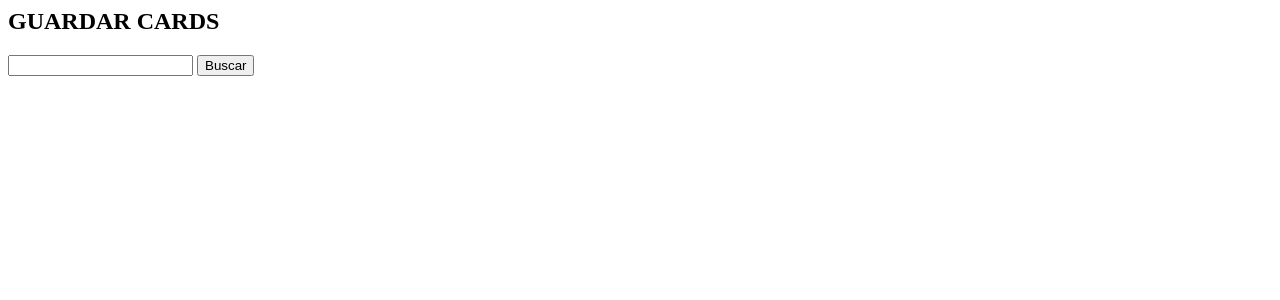
Repository: raalzate/creditcard
Page: CreditCardWeb/src/main/webapp/save.html
The author's editor kept a copy of each file at every save. The page is drawn from the files as they stood at one save, then again after the next save.
The browser window is 1280 px wide. The pictures show the whole page.

Above is the page before, as saved 2016-05-27 18:13:25.

### CreditCardWeb/src/main/webapp/save.html
<h2>GUARDAR CARDS</h2>
<div ng-controller="saveController">
	<input type="text" name="cedula" ng-model="cedula">
	<button name="buscar" ng-click="buscarCards()">Buscar</button>
</div>

After the next save:
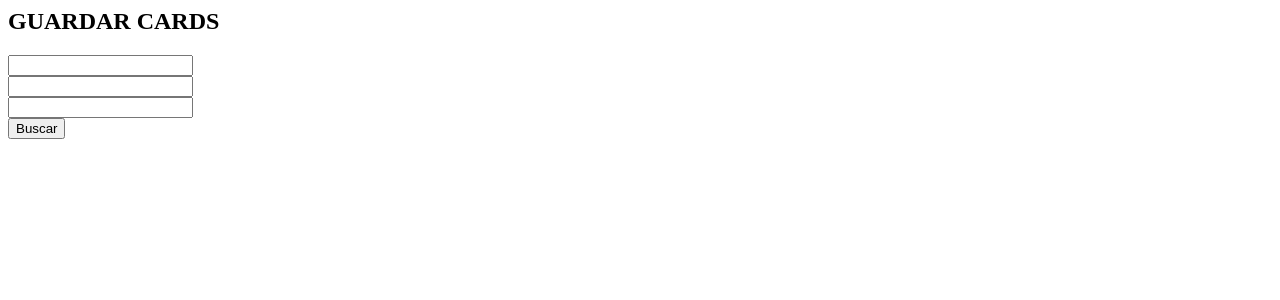
Saved 4 min 57 s later.
--- a/CreditCardWeb/src/main/webapp/save.html
+++ b/CreditCardWeb/src/main/webapp/save.html
@@ -1,5 +1,8 @@
 <h2>GUARDAR CARDS</h2>
 <div ng-controller="saveController">
-	<input type="text" name="cedula" ng-model="cedula">
+	<input type="text" name="cedula" placehoder="Cedula" ng-model="cedula"> <br />
+	<input type="text" name="label" placehoder="Label" ng-model="cedula"> <br />
+	<input type="text" name="mount" placehoder="Monto" ng-model="cedula"> <br />
+
 	<button name="buscar" ng-click="buscarCards()">Buscar</button>
 </div>
